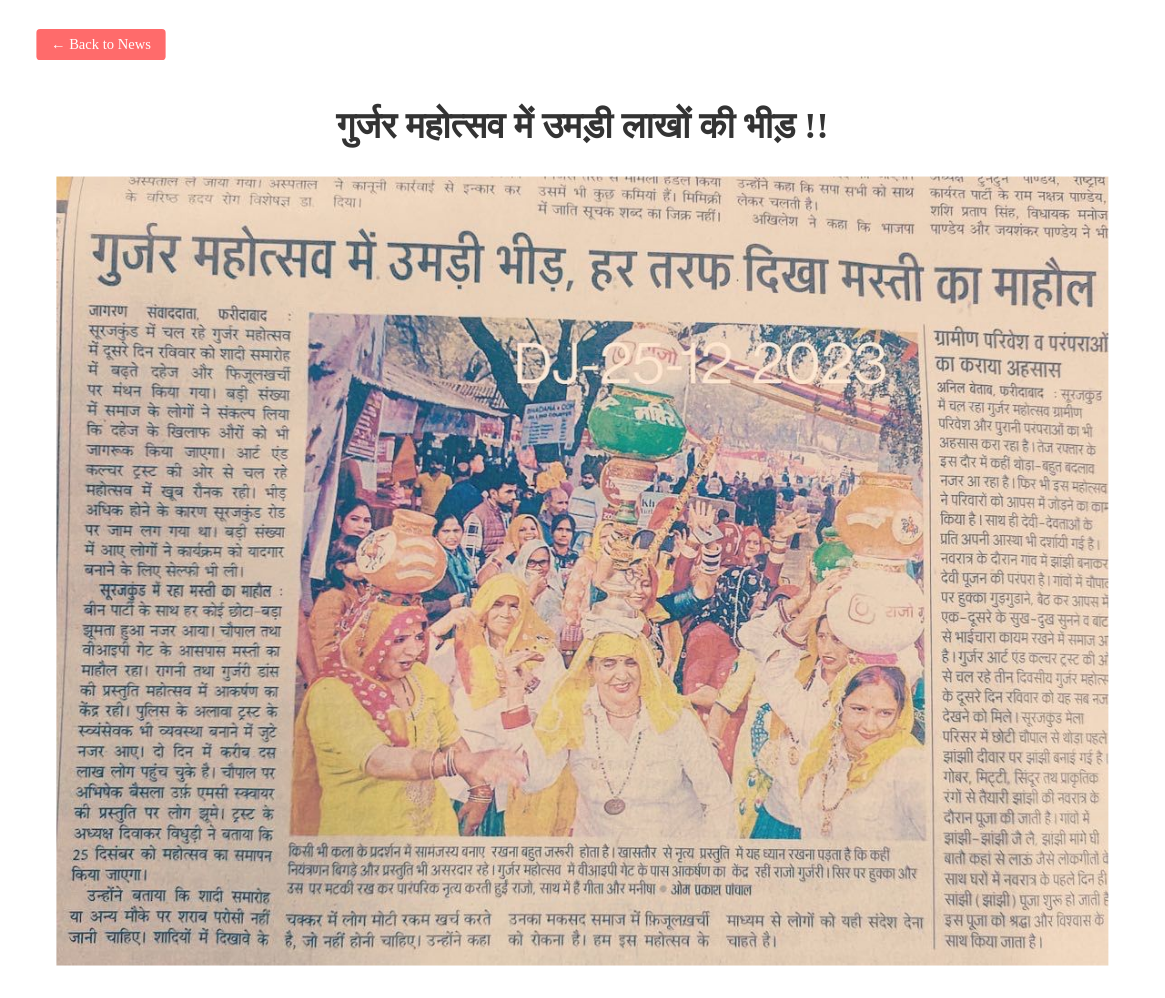
Repository: thegurjararyan/website-master
Page: news/A5.html
These files come from the project's save history. The page is drawn as it stood at one moment and after the next save; the edit follows.
The browser window is 1280 px wide. The pictures show the whole page, at 91% of full size.

Above is the page before, as saved 2024-11-08 14:07:43.

After the next save:
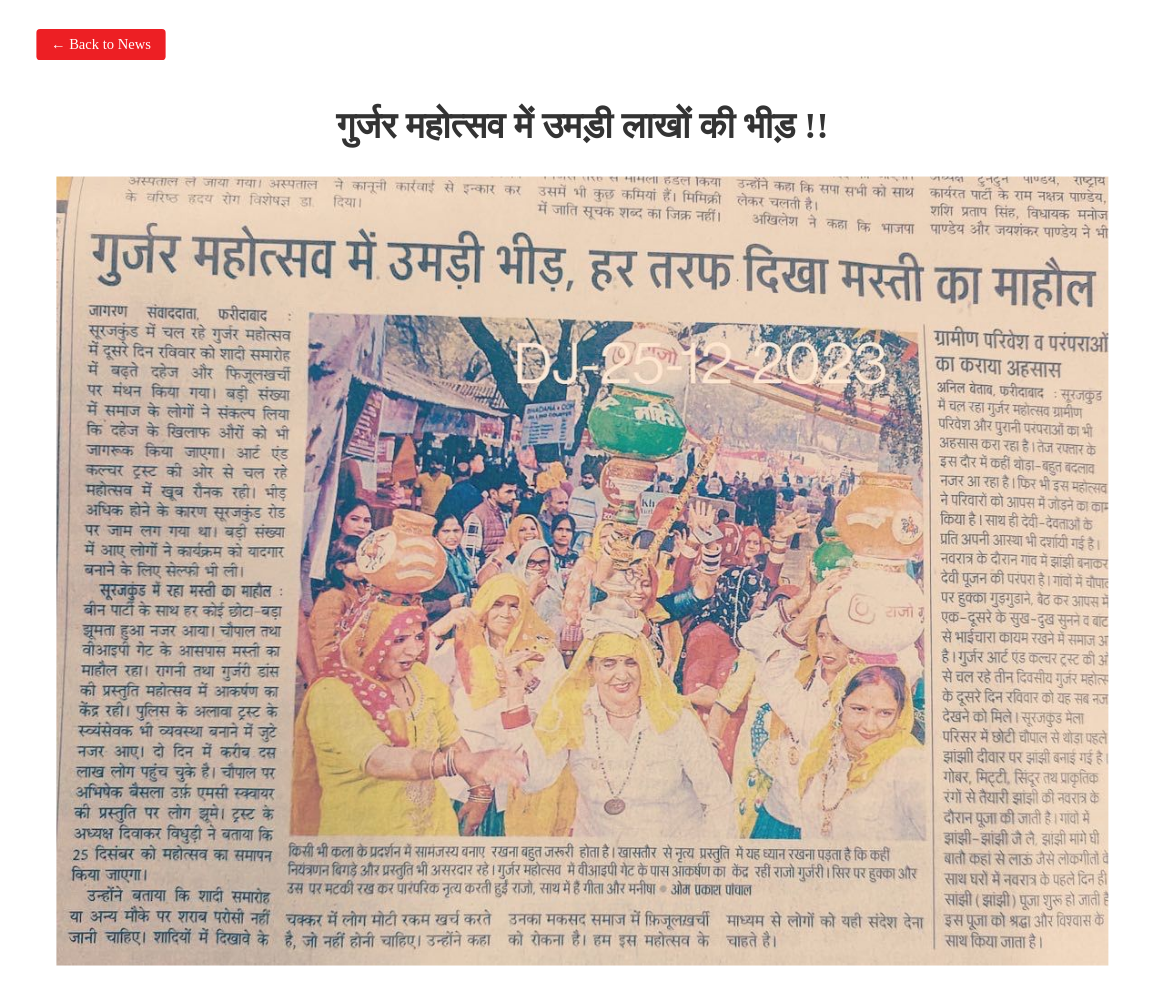
Saved 6 min 19 s later.
--- a/news/A5.html
+++ b/news/A5.html
@@ -82,7 +82,7 @@
         .back-button {
             display: inline-block;
             padding: 0.5rem 1rem;
-            background-color: #FF6b6b;
+            background-color: #ed1f24;
             color: white;
             text-decoration: none;
             border-radius: 0.25rem;
